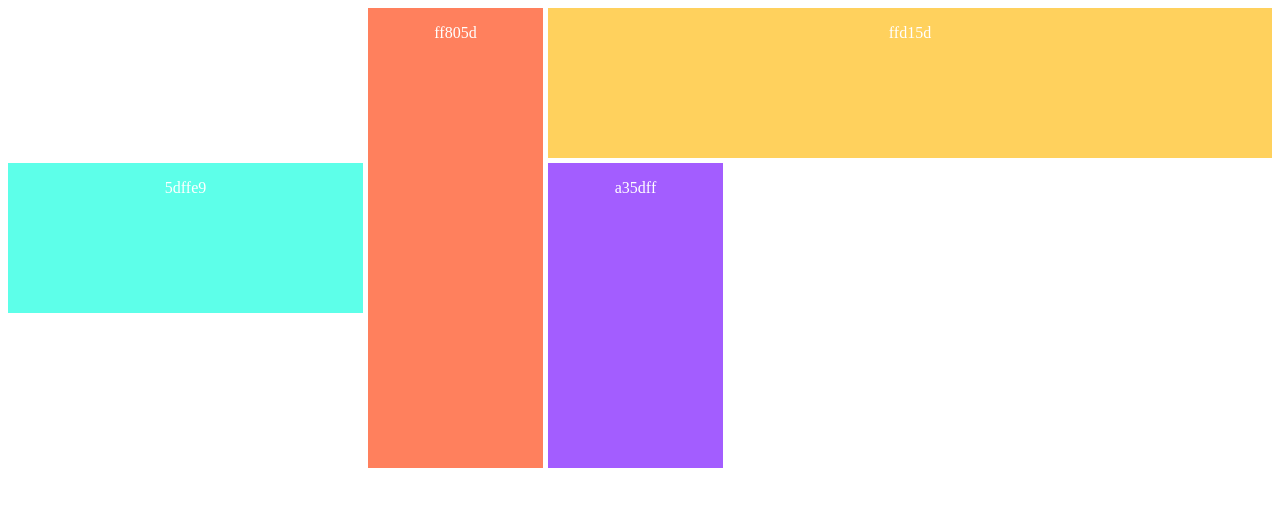
Repository: YoussefElsaygh/metrostyle
Page: index.html
The author's editor kept a copy of each file at every save. The page is drawn from the files as they stood at one save, then again after the next save.
The browser window is 1280 px wide. The pictures show the whole page.

Above is the page before, as saved 2019-12-16 03:53:50.

### index.html
<!DOCTYPE html>
<html lang="en">
<head>
    <meta charset="UTF-8">
    <meta name="viewport" content="width=device-width, initial-scale=1.0">
    <meta http-equiv="X-UA-Compatible" content="ie=edge">
    <link  type="text/css" rel="stylesheet" href="index.css"/>

    <title>MetroStyle Colors</title>
</head>
<body>
 <div class="wrapper" id="wrapper"></div>
</body>
<script src="index.js"></script>
</html>

### index.css
.wrapper {
    overflow-x: scroll;
    overflow-y: hidden;
    width: 100%;
    display: grid;
    grid-gap: 5px;
    grid-template-columns:repeat(5,175px);
    grid-template-rows:repeat(3, 150px);
  }

### index.js
var scoperows=3;
var scopecols=1;
var scopeimages=[{
    type: 2,
    align:'horizontal',
    imageSource:"https://cdn.motor1.com/images/mgl/vEJmQ/s4/bmw-i8-m-rendering.jpg",
    data: {
        clickCallback: () => {
            console.log("item clicked ");
        },
        backgroundStyle: {
            backgroundColor: "#5dffe9"
        },
        text: {
            label: "5dffe9",
            textStyle: {
                color: "white"
            }
        },
    },
},
{
    type: 3,
    align:'vertical',

    data: {
        backgroundStyle: {
            backgroundColor: "#ff805d"
        },
        clickCallback: () => {
            console.log("item clicked ");
        },
        text: {
            label: "ff805d",
            textStyle: {
                color: "White"
            }
        }

    }},{
        type: 3,
        align:'horizontal',

        data: {
            backgroundStyle: {
                backgroundColor: "#ffd15d"
            },
            clickCallback: () => {
                console.log("item clicked ");
            },

            text: {
                label: "ffd15d",
                textStyle: {
                    color: "White"
                }
            }

        }},{
            type: 2,
            align:'vertical',

            data: {

                clickCallback: () => {
                    console.log("item clicked ");
                },
                backgroundStyle: {
                    backgroundColor: "#a35dff"
                },
                text: {
                    label: "a35dff",
                    textStyle: {
                        color: "White"
                    }
                }

            }}]

                var scopegridView = new Array(scoperows);
                            for (let i = 0; i < scopegridView.length; i++) {
                                scopegridView[i] = new Array(scopecols);
                                for (let j = 0; j < scopegridView[i].length; j++) {
                                    scopegridView[i][j] = 0;
                                }
                            }

                            for (let i = 0; i < scopeimages.length; i++) {
                                draw(scopeimages[i]);
                            }

            function setStyle(elem, propertyObject) {
                for (var property in propertyObject)
                    elem.style[property] = propertyObject[property];
            }

            function populateDataInField({row, col, img, divStyle, imageStyle}) {
                 if(img.align=='horizontal') {
                    for (let i = 0; i < img.type; i++) {
                        scopegridView[row][col + i] = 1;
                    }
                }
                else{
                    for (let i = 0; i < img.type; i++) {
                        scopegridView[row + i][col] = 1;
                    }
                }

                let div = document.createElement("DIV");
                let image = document.createElement("IMG");
                let paragraph = document.createElement("P");

                setStyle(div, divStyle);

                if (img.data) {
                    div.onclick = img.data.clickCallback;
                    setStyle(div, img.data.backgroundStyle);
                    if (img.data.imageSource) {
                        /**
                         * In case of full block image
                         * @type {string}
                         */
                        image.src = img.data.imageSource;
                        image.onerror = function() {
                            if(img.data.imageErrSrc){
                            image.src = img.data.imageErrSrc;
                            }

                        }

                        setStyle(image, {
                            maxWidth: "100%",
                            height: "100%",
                            width: "100%",
                            objectFit: "cover",
                            objectPosition:'100% 20%',
                            borderRadius:"5px"

                        });
                        setStyle(image, imageStyle);
                        div.appendChild(image);
                        if (img.data.text && img.data.text.label) {
                            setStyle(paragraph, {
                                position: "relative",
                                top: "-52px",
                                wordBreak: 'break-word'
                            });
                        }
                    } else {
                        /**
                         * In case of small icon only
                         */
                        if (img.data.icon && img.data.icon.iconSource) {
                            image.src = img.data.icon.iconSource;
                            setStyle(image, {
                                maxWidth: "50%",
                                padding: "10px"
                            });
                            setStyle(image, img.data.icon.iconStyle);
                            div.appendChild(image);
                            if (img.data.text && img.data.text.label) {
                                // setStyle(paragraph, {
                                //   paddingTop: ""
                                // });
                            }
                        }
                    }
                    if (img.data.text) {
                        if (img.data.text.label) {
                            paragraph.innerHTML = img.data.text.label;

                            setStyle(paragraph, {
                                textAlign: "center"
                            });
                            setStyle(paragraph, img.data.text.textStyle);

                            div.appendChild(paragraph);
                        }
                    }
                }
                document.getElementById("wrapper").appendChild(div);
            }

            function compareRowArray(col, row, gridView, type) {
                if (type == 0) {
                    return true;
                } else {
                    return (
                        gridView[row + type - 1][col] == 0 &&
                        compareRowArray(col, row, gridView, type - 1)
                    );
                }
            }

            function compareColArray(col, row, gridView, type) {
                if (type == 0) {
                    return true;
                } else {
                    return (
                        gridView[row][col + type - 1] == 0 &&
                        compareColArray(col, row, gridView, type - 1)
                    );
                }
            }

            function addColumn(var_rows, var_cols, gridView) {
                for (let i = 0; i < scoperows; i++) {
                    gridView[i].push(0);
                }
                scopecols++;
            }

            /**
             * return true in case there is no available row
             * @returns {boolean}
             */
            function rowCheckAvaialble(row, type) {
                return row < scoperows - type + 1;
            }

            /**
             * return true in case there is no available column
             * @returns {boolean}
             */
            function colCheckAvaialble(col, type) {
                return col < scopecols - type + 1;
            }

            function checkAvailableSinglePlace() {
                for (var i = 0; i < scoperows; i++) {
                    for (var j = 0; j < scopecols; j++) {
                        if (scopegridView[i][j] == 0) {
                            return true;
                        }
                    }
                }
                return false;
            }

            function checkAvailableVerticalPlace(type) {
                for (let i = 0; i < scoperows; i++) {
                    for (let j = 0; j < scopecols; j++) {
                        if (i + type - 1 < scoperows)
                            if (compareRowArray(j, i, scopegridView, type)) {
                                return true;
                            }
                    }
                }
                return false;
            }

            function checkAvailableTripleHorizontalPlace(type) {
                for (let i = 0; i < scoperows; i++) {
                    for (let j = 0; j < scopecols; j++) {
                        if (j + type - 1 < scopecols)
                            if (compareColArray(j, i, scopegridView, type)) {
                                return true;
                            }
                    }
                }
                return false;
            }

            function rowPopulation({row, col, img}) {
                populateDataInField({
                    row,
                    col,
                    img,
                    divStyle: {
                        gridColumnStart: col + 1,
                        gridColumnEnd: col + 2,
                        gridRowStart: row + 1,
                        gridRowEnd: row + img.type + 1
                        // borderRadius:'5px'
                    }
                });
            }

            function colPopulation({row, col, img}) {
                populateDataInField({
                    row,
                    col,
                    img,
                    divStyle: {
                        gridColumnStart: col + 1,
                        gridColumnEnd: col + 1 + img.type,
                        gridRowStart: row + 1,
                        gridRowEnd: row + 2
                        // borderRadius:'5px'

                    }
                });
            }

            function draw(img) {
                outer_loop: for (let col = 0; col < scopecols; col++) {
                    for (let row = 0; row < scoperows; row++) {
                        switch (img.align) {
                            case 'vertical':
                                case undefined:

                                if (checkAvailableVerticalPlace(img.type)) {
                                    if (rowCheckAvaialble(row, img.type) && compareRowArray(col, row, scopegridView, img.type)) {
                                        rowPopulation({row, col, img});
                                        break outer_loop;
                                    }

                                } else {
                                    addColumn(scoperows, scopecols, scopegridView);
                                }

                                break;
                            case 'horizontal':
                                if (checkAvailableTripleHorizontalPlace(img.type)) {
                                    if (colCheckAvaialble(col, img.type) && compareColArray(col, row, scopegridView, img.type)) {
                                        colPopulation({row, col, img});
                                        break outer_loop;
                                    }

                                } else {
                                    addColumn(scoperows, scopecols, scopegridView);
                                }
                                break;
                                default:
                                        if (
                                                    scopegridView[row][col] != 0 &&
                                                    !checkAvailableSinglePlace()
                                                ) {
                                                    addColumn(scoperows, scopecols, scopegridView);
                                                    break;
                                                }

                                                if (scopegridView[row][col] == 0) {
                                                    scopegridView[row][col] = 1;
                                                    populateDataInField({
                                                        row,
                                                        col,
                                                        img,
                                                        divStyle: {
                                                            gridColumnStart: col + 1,
                                                            gridColumnEnd: col + 2,
                                                            gridRowStart: row + 1,
                                                            gridRowEnd: row + 2
                                                            // borderRadius:'5px',

                                                        }
                                                    });

                                                    break outer_loop;
                                                }
                                    break;
                        }
                    }
                }
            }

After the next save:
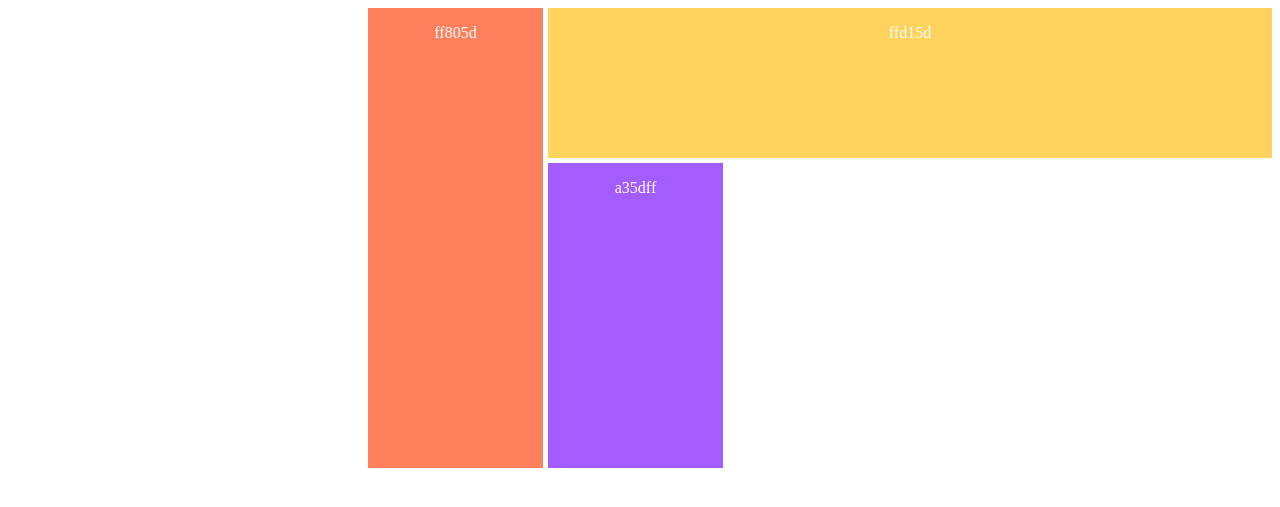
Saved 47 s later.
--- a/index.js
+++ b/index.js
@@ -8,9 +8,7 @@
         clickCallback: () => {
             console.log("item clicked ");
         },
-        backgroundStyle: {
-            backgroundColor: "#5dffe9"
-        },
+
         text: {
             label: "5dffe9",
             textStyle: {

After the save that followed:
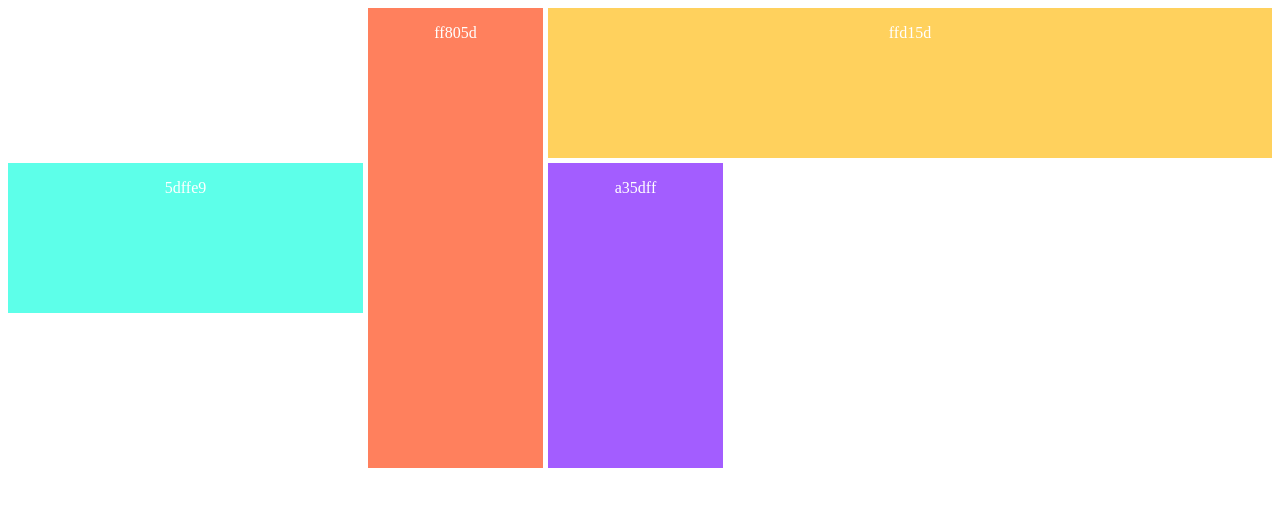
Saved 10 s later.
--- a/index.js
+++ b/index.js
@@ -8,7 +8,9 @@
         clickCallback: () => {
             console.log("item clicked ");
         },
-
+        backgroundStyle: {
+            backgroundColor: "#5dffe9"
+        },
         text: {
             label: "5dffe9",
             textStyle: {
